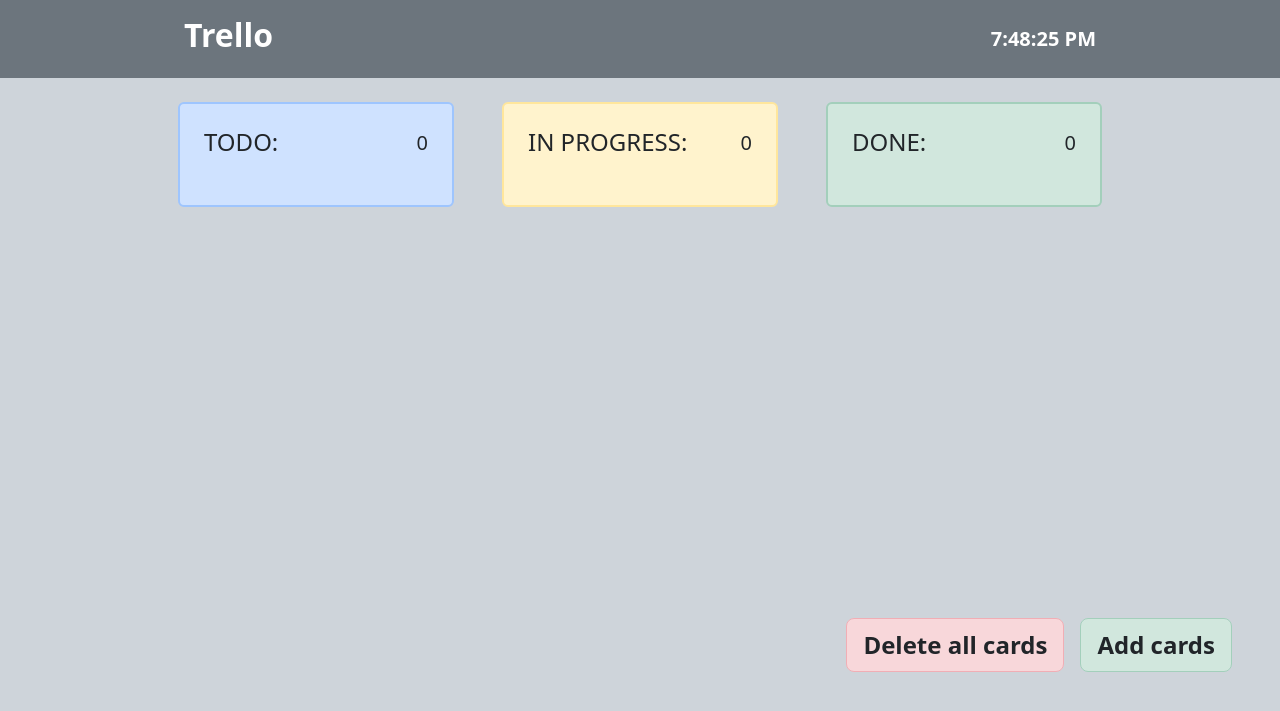
Repository: Valeria154/trello-app-clone
Page: / (app in trello-app-project/)
An editor plug-in stored every save of this project. The page is shown before and after the next save, followed by the edit.
The browser window is 1280 px wide. The pictures show the whole page.
The project was rebuilt for these pictures with package versions that can differ from the ones it lists, and the page was loaded fresh each time. Also part of the build but not shown: trello-app-project/vite.config.js.

Above is the page before, as saved 2025-03-15 20:34:41.

After the next save:
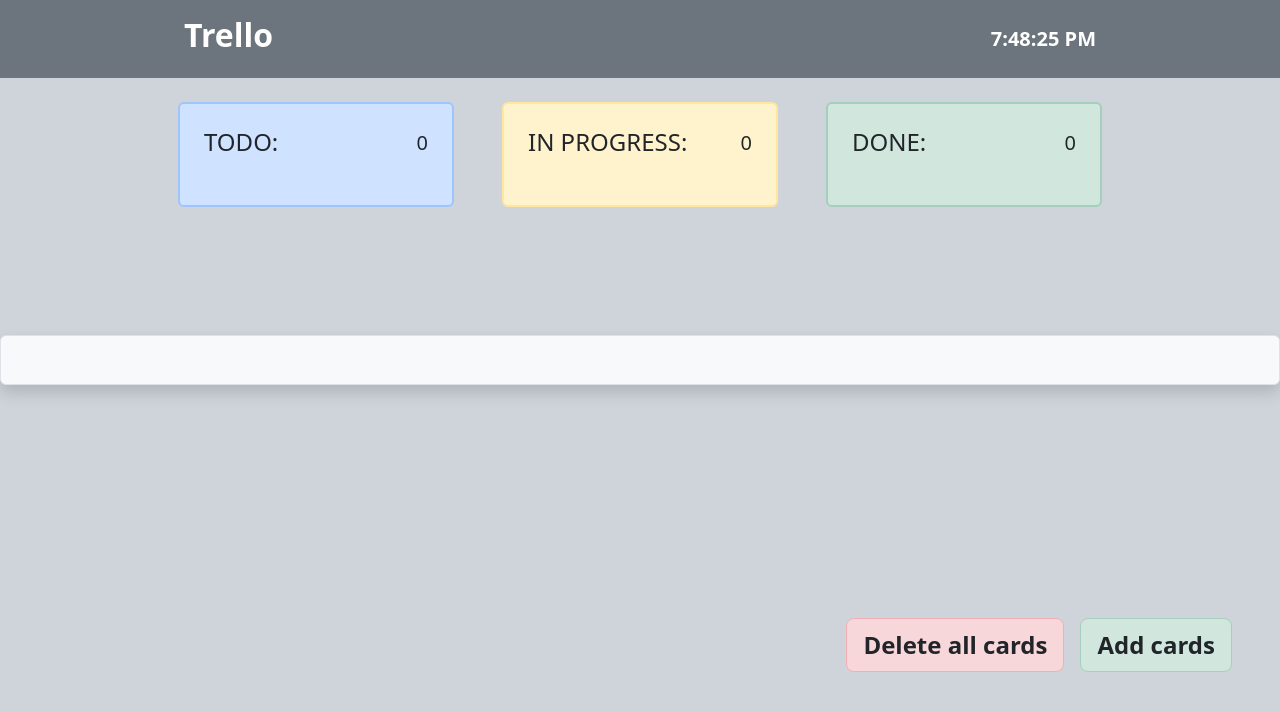
Saved 4 min 51 s later.
--- a/trello-app-project/src/index.html
+++ b/trello-app-project/src/index.html
@@ -53,7 +53,7 @@
 			</div>
 			<!-- Modal form -->
 			<div id="modalFormContainer"
-				class="d-flex justify-content-center align-items-center position-relative w-100 mw-50 p-4">
+				class="d-flex justify-content-center align-items-center position-absolute top-50 start-50 translate-middle w-100 mw-50 p-4 bg-light border rounded shadow">
 				<!-- <form class="p-4 border rounded bg-light text-start fw-semibold w-50 position-relative">
 					<div class="mb-3">
 						<label for="titile" class="form-label fs-5">Title</label>
